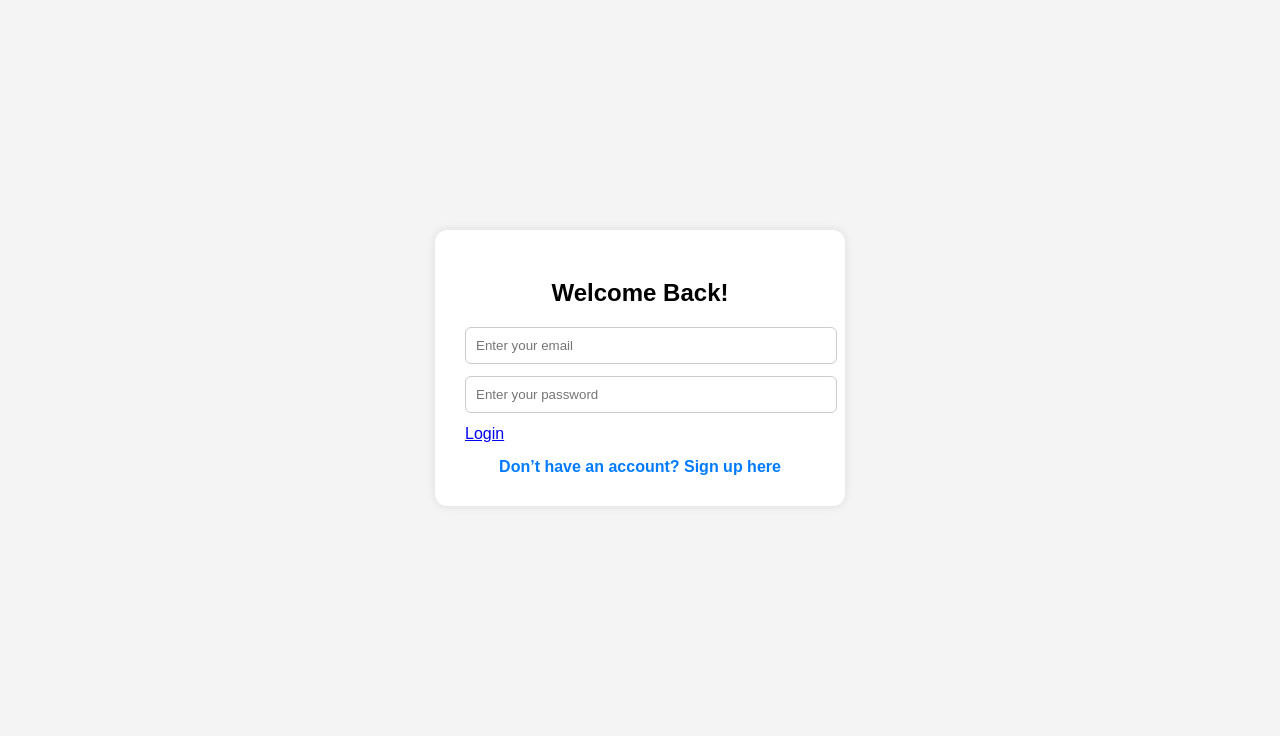
Repository: chennammal15saravanan/Super_Admin
Page: http://localhost/
The author's editor kept a copy of each file at every save. The page is drawn from the files as they stood at one save, then again after a run of saves.
The browser window is 1280 px wide. The pictures show the whole page.
The page is served by the project's application, run on Flask 3 (app.py).

Above is the page before, as saved 2025-06-13 16:38:36.

After the next 5 saves:
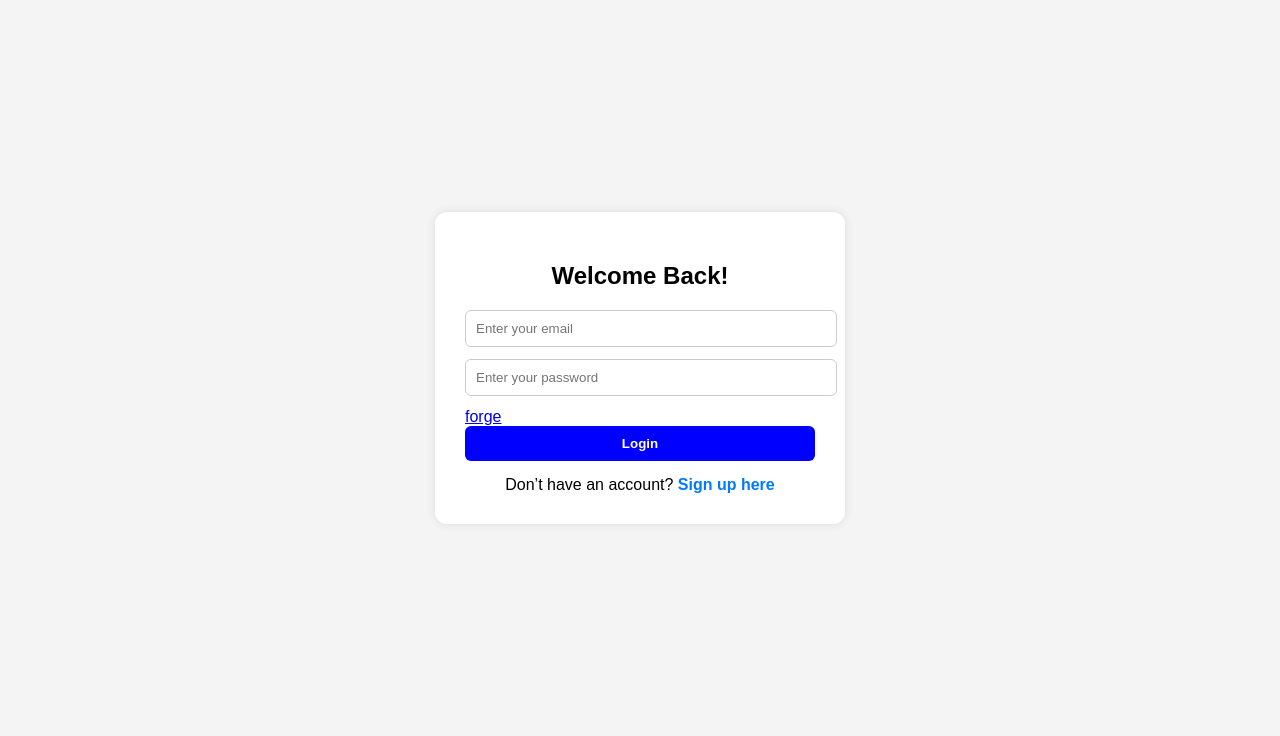
The 5 saves are shown as one change because they came seconds apart.
The last was saved 15 s later.
--- a/templates/loginsignup.html
+++ b/templates/loginsignup.html
@@ -14,7 +14,7 @@
       <h2>Welcome Back!</h2>
       <input type="email" id="login-email" placeholder="Enter your email" required />
       <input type="password" id="login-password" placeholder="Enter your password" required />
-      <a hreflang="en" href="#" class  ="forget"
+      <a hreflang="en" href="#" class  ="forget-password">forge</a>
       <button type="submit">Login</button>
       <div class="toggle-text">
         Don’t have an account? <a onclick="showSignUp()">Sign up here</a>
